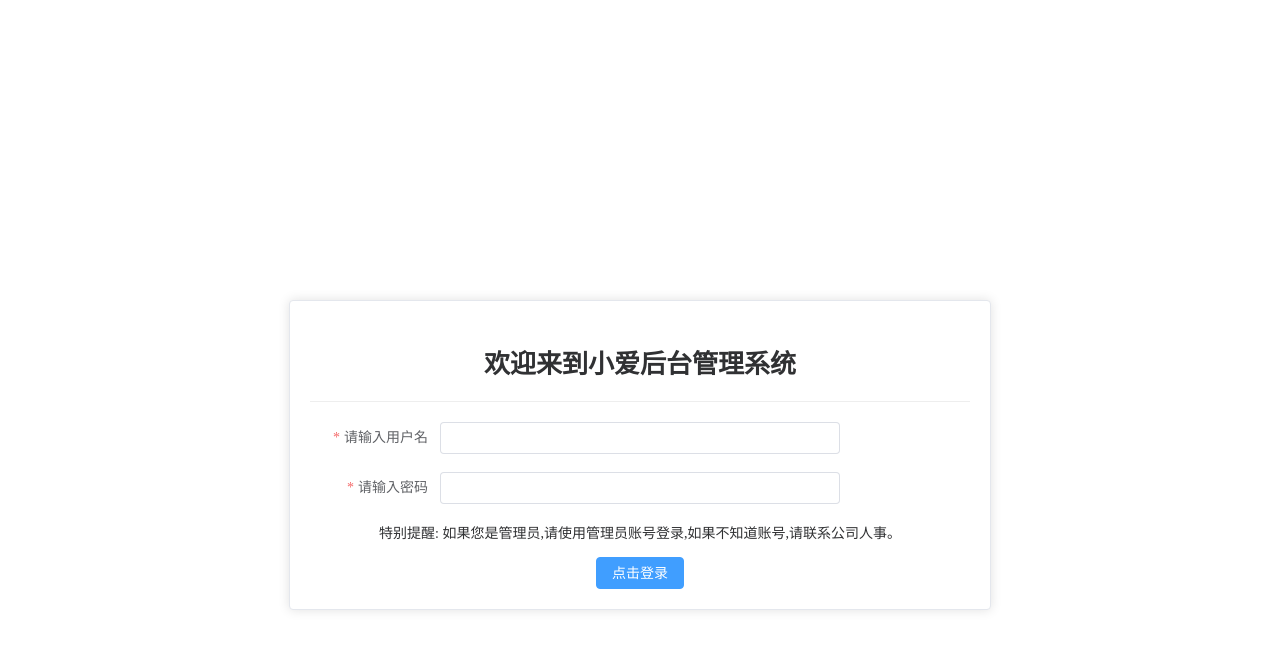
Repository: xinwuhao/CCG
Page: /login
An editor plug-in stored every save of this project. The page is shown before and after the next save, followed by the edit.
The browser window is 1280 px wide. The pictures show the whole page.
The project was rebuilt for these pictures with package versions that can differ from the ones it lists, and the page was loaded fresh each time. Also part of the build but not shown: vite.config.ts, src/components/navHeader/NavHeader.vue, src/components/navLeft/NavLeft.vue, src/views/layout/Layout.vue.

Above is the page before, as saved 2021-09-22 11:56:37.

### src/main.ts
import { createApp } from 'vue'
import App from "./App.vue";
import router from "./router"
import ElementPlus from 'element-plus'
import 'element-plus/dist/index.css'
import * as Icons from '@element-plus/icons'
import { toLine } from './utils/index'

const app = createApp(App)

for (let i in Icons) {
    app.component(`el-icon${toLine(i)}`, (Icons as any)[i])
}

app.use(router)
app.use(ElementPlus)
app.mount('#app')

### src/App.vue
<template>
  <div>
    <router-view></router-view>
  </div>
</template>

<script setup lang="ts">
</script>

<style lang='scss'>
@import "./scssbox.scss";
</style>

### src/router/index.ts
import { createRouter, createWebHistory, RouteRecordRaw } from 'vue-router'
// import Home from '../views/homepage/homepage.vue'
import Layout from '../views/layout/Layout.vue'

const routes: Array<RouteRecordRaw> = [
  {
    path: '/login',
    name: 'Logon',
    component: () => import('../views/login/Login.vue'),
    meta: {
      title: '登录'
    }
  },
  {
    path: '/',
    component: Layout,
    // 子路由: children
    children: [
      {
        path: '/',
        name: '/',
        component: () => import('../views/homepage/homepage.vue'),
        meta: {
          title: '首页',
          meta: '/homepage'
        }
      },
      {
        path: '/discount',
        name: 'discount',
        component: () => import('../views/discount/discount.vue'),
        meta: {
          title: '优惠券管理',
          meta: '/discount'
        }
      },
      {
        path: '/navigation',
        name: 'navigation',
        component: () => import('../views/navigation/navigation.vue'),
        meta: {
          title: '推荐导航',
          meta: '/navigation'
        }
      },
      {
        path: '/user',
        name: 'user',
        component: () => import('../views/user/user.vue'),
        meta: {
          title: '用户管理',
          meta: '/user'
        }
      },
      {
        path: '/addgoods',
        name: 'addgoods',
        component: () => import('../views/goods/addgoods.vue'),
        meta: {
          title: '添加商品',
          meta: '/addgoods'
        }
      },
      {
        path: '/sortgoods',
        name: 'sortgoods',
        component: () => import('../views/goods/sortgoods.vue'),
        meta: {
          title: '商品分类',
          meta: '/sortgoods'
        }
      },
      {
        path: '/modelgoods',
        name: 'modelgoods',
        component: () => import('../views/goods/modelgoods.vue'),
        meta: {
          title: '商品模型',
          meta: '/modelgoods'
        }
      },
      {
        path: '/specsgoods',
        name: 'specsgoods',
        component: () => import('../views/goods/specsgoods.vue'),
        meta: {
          title: '商品规格',
          meta: '/specsgoods'
        }
      },
      {
        path: '/parametergoods',
        name: 'parametergoods',
        component: () => import('../views/goods/parametergoods.vue'),
        meta: {
          title: '商品参数',
          meta: '/parametergoods'
        }
      },
      {
        path: '/specifications',
        name: 'specifications',
        component: () => import('../views/goods/specifications.vue'),
        meta: {
          title: '规格参数',
          meta: '/specifications'
        }
      },
      {
        path: '/seckill',
        name: 'seckill',
        component: () => import('../views/seckill/seckill.vue'),
        meta: {
          title: '秒杀管理',
          meta: '/seckill'
        }
      },
      {
        path: '/order',
        name: 'order',
        component: () => import('../views/order/order.vue'),
        meta: {
          title: '订单管理',
          meta: '/order'
        }
      },
      {
        path: '/notice',
        name: 'notice',
        component: () => import('../views/notice/notice.vue'),
        meta: {
          title: '通知管理',
          meta: '/notice'
        }
      },
      {
        path: '/news',
        name: 'news',
        component: () => import('../views/news/news.vue'),
        meta: {
          title: '客服消息',
          meta: '/news'
        }
      },
    ]
  }
]

const router = createRouter({
  history: createWebHistory(),
  routes
})

router.beforeEach((to, from, next) => {
  document.title = to.meta.title as string
  next()
})

export default router

### src/utils/index.ts
export const toLine = (str: string) => {
  return str.replace(/([A-Z])/g, "-$1").toLowerCase()
}

### src/scssbox.scss
* {
    margin: 0;
    padding: 0;
}

html,
body,
#app,
.el-container,
.el-menu {
    height: 100%;
}

### src/views/login/login.vue
<template>
  <div class="box">
    <el-card class="box-card">
      <div class="text item">
        <div class="fontTile">欢迎来到小爱后台管理系统</div>
        <!-- 表单 -->
        <div class="urename">
          <el-form
            :model="user"
            :rules="rules"
            ref="ruleForm"
            label-width="130px"
            class="demo-ruleForm"
          >
            <el-form-item label="请输入用户名" prop="username">
              <el-input v-model="user.username" class="inpud"></el-input>
            </el-form-item>
            <el-form-item label="请输入密码" prop="password">
              <el-input v-model="user.password" class="inpud"></el-input>
            </el-form-item>
          </el-form>
        </div>
        <!-- 登录按钮 -->
        <div class="fonts">
          特别提醒:
          如果您是管理员,请使用管理员账号登录,如果不知道账号,请联系公司人事。
        </div>
        <div class="buttop">
          <el-button type="primary" @click="getlong">点击登录</el-button>
        </div>
      </div>
    </el-card>
  </div>
</template>

<script setup lang="ts">
import { defineComponent, ref } from "vue";
import api from "../../http/aip";
import { ElMessage } from "element-plus";
import { useRoute, useRouter } from "vue-router";
interface Obj {
  username: string;
  password: string;
}

// 定义变量
let user = ref<Obj>({
  username: "",
  password: "",
});
let router = useRouter();

let rules = ref<any>({
  username: [
    { required: true, message: "请输入用户名", trigger: "blur" },
    { min: 3, max: 5, message: "长度在 3 到 5 个字符", trigger: "blur" },
  ],
  password: [
    { required: true, message: "请输入密码", trigger: "blur" },
    { min: 3, max: 8, message: "长度在 3 到 8 个字符", trigger: "blur" },
  ],
});
// 点击确定
let getlong = () => {
  api
    .login({
      // 用户名
      username: user.value.username,
      // 密码
      password: user.value.password,
    })
    .then((res: any) => {
      if (res.code === 200) {
        localStorage.setItem("token", res.token);
        localStorage.setItem("uname", JSON.stringify(res.data));
        router.push("/");
        ElMessage.success({
          message: res.msg,
          type: "success",
        });
      } else {
        ElMessage.error(res.msg);
      }
    })
    .catch((err: any) => {
      console.log(err);
    });
};
</script>

<style scoped>
.box {
  display: flex;
  justify-content: center;
  align-content: center;
}
.text {
  font-size: 14px;
}

.box-card {
  width: 700px;
  margin-top: 300px;
}
.fontTile {
  height: 80px;
  font-size: 26px;
  font-weight: bold;
  display: flex;
  align-items: center;
  justify-content: center;
  border-bottom: 1px #eeeeee solid;
}
.inpud {
  width: 400px;
}
.buttop {
  margin-top: 15px;
  display: flex;
  align-items: center;
  justify-content: center;
}
.fonts {
  font-size: 14px;
  display: flex;
  align-items: center;
  justify-content: center;
}
.urename {
  display: flex;
  flex-direction: column;
  margin-top: 20px;
}
</style>

### src/http/aip.ts
import http from "./"

export default {
  // 上传图片
  upload() {
    return http.post('/admin/upload')
  },
  // 获取首页数据
  getIndex() {
    return http.get('/admin/index')
  },
  // 用户名登录
  login({ username, password }: { username: string, password: string }) {
    return http.post('/admin/login', {
      // 用户名
      username,
      // 密码
      password,
    })
  },
  // 获取用户
  getUser({ current, pageSize, query }: { current: number, pageSize: number, query: string }) {
    return http.get(`/admin/allUser?current=${current}&pageSize=${pageSize}&query=${query}`)
  },
  // 添加用户
  addUser({ username, avatar, email, mobile, password, status }: { username: string, password: string, avatar: string, email: string, mobile: string, status: boolean }) {
    return http.post('/admin/addUser', {
      // 用户名
      username,
      // 用户头像
      avatar,
      // 用户邮箱
      email,
      // 用户电话
      mobile,
      // 是否禁用
      status,
      // 用户密码
      password
    })
  },
  // 删除用户
  delUser(id: string) {
    return http.post('/admin/delUser', {
      // 用户id
      id
    })
  },
  // 显示轮播图
  showUser({ id, status }: { id: string, status: boolean }) {
    return http.post('/admin/showUser', {
      // 轮播图id
      id,
      // 是否禁用
      status
    })
  },
  // 修改轮播图
  updateUser({ id, username, avatar, email, mobile, status }: { id: string, username: string, avatar: string, email: string, mobile: string, status: boolean }) {
    return http.post('/admin/updateUser', {
      id,
      username,
      avatar,
      email,
      mobile,
      status
    })
  },

  // 获取轮播图
  getBanner({ current, pageSize, query }: { current: number, pageSize: number, query: string }) {
    return http.get(`/admin/getBanner?current=${current}&pageSize=${pageSize}&query=${query}`)
  },
  // 新增轮播图
  addBanner({ url, title, link }: { url: string, title: string, link: string }) {
    return http.post('/admin/addBanner', {
      url,
      title,
      link
    })
  },
  // 删除轮播图
  delBanner(id: string) {
    return http.post('/admin/delBanner', {
      id
    })
  },
  // 显示轮播图
  showBanner({ id, isShow }: { id: string, isShow: boolean }) {
    return http.post('/admin/showBanner', {
      id,
      isShow
    })
  },
  // 修改轮播图
  updateBanner({ id, url, title, link }: { id: string, url: string, title: string, link: string }) {
    return http.post('/admin/updateBanner', {
      id,
      url,
      title,
      link
    })
  },
  // 获取通知
  getNotice({ current, pageSize, query }: { current: number, pageSize: number, query: string }) {
    return http.get(`/admin/getNotice?current=${current}&pageSize=${pageSize}&query=${query}`)
  },
  // 新增通知
  addNotice({ content }: { content: string}) {
    return http.post('/admin/addNotice', {
      content
    })
  },
  // 删除通知
  delNotice(id: string) {
    return http.post('/admin/delNotice', {
      id
    })
  },
  // 显示通知
  showNotice({ id, isShow }: { id: string, isShow: boolean }) {
    return http.post('/admin/showNotice', {
      id,
      isShow
    })
  },
  // 修改通知
  updateNotice({ id, content }: { id: string, content: string, }) {
    return http.post('/admin/updateNotice', {
      id,
      content
    })
  },
  // 获取订单
  getOrder() {
    return http.get(`/admin/getOrder`)
  },

  // 获取导航
  getNav({ current, pageSize, query }: { current: number, pageSize: number, query: string }) {
    return http.get(`/admin/getNav?current=${current}&pageSize=${pageSize}&query=${query}`)
  },
  // 新增导航
  addNav({ title, url }: { title: string, url: string }) {
    return http.post('/admin/addNav', {
      title,
      url
    })
  },
  // 删除导航
  delNav(id: string) {
    return http.post('/admin/delNav', {
      id
    })
  },
  // 显示导航
  showNav({ id, isShow }: { id: string, isShow: boolean }) {
    return http.post('/admin/showNav', {
      id,
      isShow
    })
  },
  // 修改导航
  updateNav({ id, url, title }: { id: string, url: string, title: string }) {
    return http.post('/admin/updateNav', {
      id,
      url,
      title
    })
  },


  // 获取导航
  getRecommendNav({ current, pageSize, query }: { current: number, pageSize: number, query: string }) {
    return http.get(`/admin/getIndexNav?current=${current}&pageSize=${pageSize}&query=${query}`)
  },
  // 新增导航
  addRecommendNav({ name, desc, goods }: { name: string, desc: string, goods: any }) {
    return http.post('/admin/addIndexNav', {
      name,
      desc,
      goods
    })
  },
  // 删除导航
  delRecommendNav(id: string) {
    return http.post('/admin/delIndexNav', {
      id
    })
  },
  // 显示导航
  showRecommendNav({ id, isShow }: { id: string, isShow: boolean }) {
    return http.post('/admin/showIndexNav', {
      id,
      isShow
    })
  },
  // 修改导航
  updateRecommendNav({ id, name, desc, goods }: { id: string, name: string, desc: string, goods: any }) {
    return http.post('/admin/updateIndexNav', {
      id,
      name,
      desc,
      goods
    })
  },

  // 添加商品模型
  addModel({ name }: { name: string }) {
    return http.post('/admin/addModel', {
      name
    })
  },
  getModel({ current, pageSize, query }: { current: number, pageSize: number, query: string }) {
    return http.get(`/admin/getModel?current=${current}&pageSize=${pageSize}&query=${query}`)
  },
  delModel(id: string) {
    return http.post('/admin/delModel', {
      id
    })
  },
  // 修改商品参数
  updateModel({ id, name }: { id: string, name: string }) {
    return http.post('/admin/updateModel', {
      id,
      name
    })
  },
  // 获取商品规格
  getSpec({ parentId }: { parentId: string }) {
    return http.post(`/admin/getSpec`, {
      parentId
    })
  },
  addSpec({ name, model, spec_item, mode, parentId }: { name: string, model: string, spec_item: string[], mode: string, parentId: string }) {
    return http.post('/admin/addSpec', {
      name,
      model,
      spec_item,
      mode,
      parentId
    })
  },
  delSpec({ parentId, attrId }: { parentId: string, attrId: string }) {
    return http.post(`/admin/delSpec`, {
      parentId,
      attrId
    })
  },
  getCategory(query: string) {
    return http.get(`/admin/getCategory?current=1&pageSize=10000&query=${query}`)
  },
  // 添加一级分类
  addCategory({ name, short_name, isShow }: { name: string, short_name?: string, isShow?: boolean }) {
    return http.post('/admin/addCategory', {
      name,
      short_name,
      isShow,
    })
  },
  // 添加二级分类
  addSecondCategory({ name, parentId, isShow }: { name: string, parentId: string, isShow: string }) {
    return http.post('/admin/addSecondCategory', {
      name,
      parentId,
      isShow
    })
  },
  // 获取商品
  getGoods({ current, pageSize, query }: { current: number, pageSize: number, query: string }) {
    return http.get(`/admin/getGoods?current=${current}&pageSize=${pageSize}&query=${query}`)
  },
  delGoods(id: string) {
    return http.post('/admin/delGoods', {
      id
    })
  },
  // 添加商品
  addGoods({ name, category, pic, video, cover, originalPrice, presentPrice, discount, detail, spec, introduction, company, stock, isNewGood, isHot, isRecommend, comment, isShow, sellDesc, productionDesc }:
    { name: string, category: string, pic?: string[], video?: string[], cover: string, originalPrice: string, presentPrice: string, discount: string[], detail: string, spec: string[], introduction: string, company: string, stock: string, isNewGood: boolean, isHot: boolean, isRecommend: boolean, comment: string[], isShow: boolean, sellDesc: string[], productionDesc: string[] }) {
    return http.post('/admin/addGoods', {
      // 商品名称
      name,
      // 商品分类
      category,
      // 商品图片
      pic,
      // 商品视频
      video,
      // 是否新品
      isHot,
      // 是否推荐
      isRecommend,
      // 封面图
      cover,
      // 原价
      originalPrice,
      // 现价
      presentPrice,
      // 优惠
      discount,
      // 商品详情
      detail,
      // 商品规格
      spec,
      // 商品简介
      introduction,
      // 商品单位
      company,
      // 商品库存
      stock,
      // 是否新品
      isNewGood,
      // 商品评价
      comment,
      // 是否显示
      isShow,
      // 推荐介绍
      sellDesc,
      // 产品介绍
      productionDesc
    })
  },
  // 获取
  getParams({ parentId }: { parentId: string }) {
    return http.post(`/admin/getParams`, {
      parentId
    })
  },
  // 新增商品参数
  addParams({ parentId, url, name, desc }: { parentId: string, url: string, name: string, desc: string }) {
    return http.post('/admin/addParams', {
      parentId,
      url,
      name,
      desc
    })
  },
  // 删除商品参数
  delParams({ parentId, attrId }: { parentId: string, attrId: string }) {
    return http.post('/admin/delParams', {
      parentId,
      attrId,
    })
  },
  // 修改商品参数
  updateParams({ id, url, name, desc }: { id: string, url: string, name: string, desc: string }) {
    return http.post('/admin/updateParams', {
      id,
      url,
      name,
      desc
    })
  },
  // 获取
  getSpecParams({ parentId }: { parentId: string }) {
    return http.post(`/admin/getSpecParams`, {
      parentId
    })
  },
  // 新增商品参数
  addSpecParams({ parentId, specParams }: { parentId: string, specParams: string, }) {
    return http.post('/admin/addSpecParams', {
      parentId,
      specParams
    })
  },
  // 删除商品参数
  delSpecParams({ parentId, attrId }: { parentId: string, attrId: string }) {
    return http.post('/admin/delSpecParams', {
      parentId,
      attrId,
    })
  },
  // 修改商品参数
  updateSpecParams({ id, specParams }: { id: string, specParams: string }) {
    return http.post('/admin/updateSpecParams', {
      id,
      specParams
    })
  },

  // 获取秒杀
  getSeckill({ current, pageSize, query }: { current: number, pageSize: number, query: string }) {
    return http.get(`/admin/getSeckill?current=${current}&pageSize=${pageSize}&query=${query}`)
  },
  // 添加秒杀
  addSeckill({ start_time, end_time, goods_number, price, goods, isShow }: { price: string, start_time: string, end_time: string, goods_number: string, goods: any, isShow: boolean }) {
    return http.post('/admin/addSeckill', {
      start_time,
      end_time,
      goods_number,
      goods,
      isShow,
      price
    })
  },
  // 删除秒杀
  delSeckill({id, goodsId}: {id: string,  goodsId: string}) {
    return http.post('/admin/delSeckill', {
      id,
      goodsId,
    })
  },
  // 显示秒杀
  showSeckill({ id, isShow }: { id: string, isShow: boolean }) {
    return http.post('/admin/showSeckill', {
      id,
      isShow
    })
  },
  // 修改秒杀
  updateSeckill({ start_time, end_time, goods_number, goods, isShow }: { start_time: string, end_time: string, goods_number: string, goods: string, isShow: boolean }) {
    return http.post('/admin/updateSeckill', {
      // 开始时间
      start_time,
      // 结束时间
      end_time,
      // 秒杀数量
      goods_number,
      // 秒杀商品
      goods,
      // 是否显示
      isShow
    })
  },
  // 获取优惠券
  getCoupon({ current, pageSize, query }: { current: number, pageSize: number, query: string }) {
    return http.get(`/admin/getCoupon?current=${current}&pageSize=${pageSize}&query=${query}`)
  },
  addCoupon({ name, amount, threshold, start_time, end_time, number, isShow }: { name: string, amount: string, threshold: string, start_time: string, end_time: string, number: string, isShow: boolean }) {
    return http.post('/admin/addCoupon', {
      // 优惠券名称
      name,
      // 优惠券数量
      amount,
      // 优惠内容
      threshold,
      // 开始时间
      start_time,
      // 结束时间
      end_time,
      // 优惠券数量
      number,
      // 是否显示
      isShow
    })
  },
  delCoupon(id: string) {
    return http.post('/admin/delCoupon', {
      id
    })
  },
  showCoupon({ id, isShow }: { id: string, isShow: boolean }) {
    return http.post('/admin/showCoupon', {
      id,
      isShow
    })
  },
  updateCoupon({ start_time, end_time, goods_number, goods, isShow }: { start_time: string, end_time: string, goods_number: string, goods: string, isShow: boolean }) {
    return http.post('/admin/updateCoupon', {
      start_time,
      end_time,
      goods_number,
      goods,
      isShow
    })
  },
}

### src/http/index.ts
import axios, { AxiosError, AxiosRequestConfig, AxiosResponse } from 'axios'


const http = axios.create({
   baseURL: 'http://localhost:1001',
   timeout: 10000
})


http.interceptors.request.use((config: AxiosRequestConfig) => {
   let token = localStorage.getItem('token')
   if (token) {
      config.headers['Authorization'] = token
   }
   return config
}, (err: AxiosError) => {
   return Promise.reject(err)
})


http.interceptors.response.use((res: any) => {
   return res.data
}, (err: AxiosError) => {
   let status: number = err.response! && err.response!.status
   if (status === 401) {

   }
   if (status === 400) {

   }
   if (status === 403) {

   }
   if (status === 404) {

   }
   if (status === 500) {

   }
   if (status === 503) {

   }
   return Promise.reject(err)
})


export default http

Loaded but not shown: index.html (common file)

After the next save:
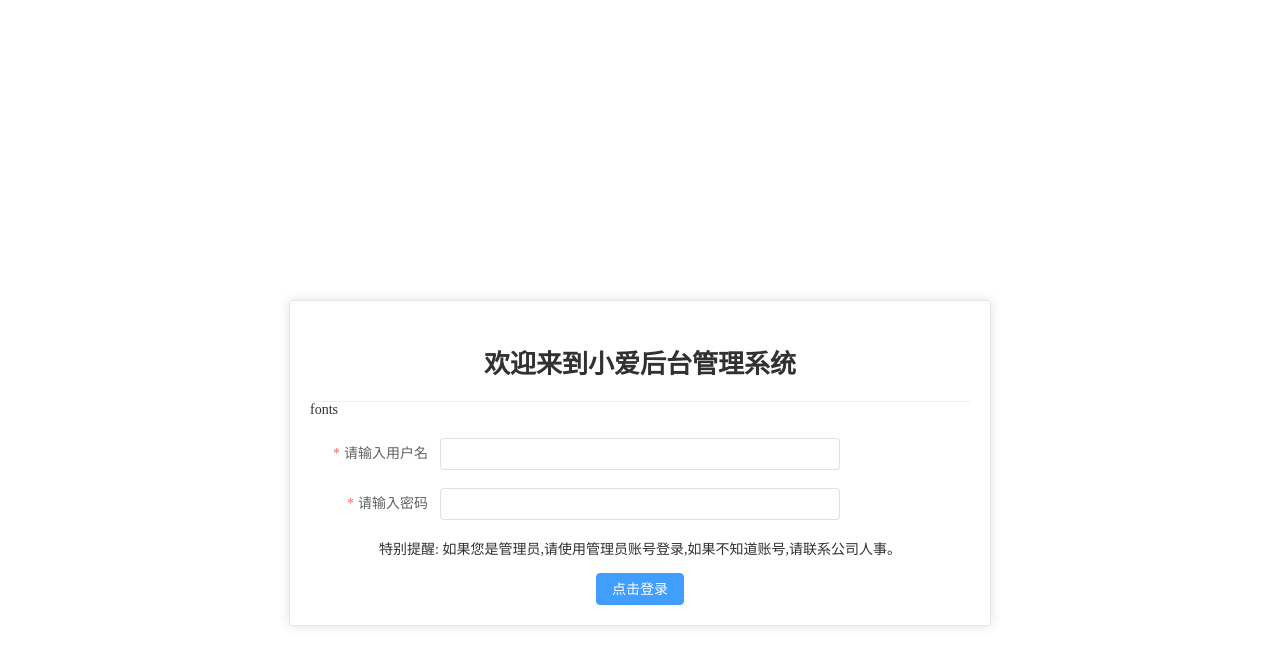
Saved 51 s later.
--- a/src/views/login/login.vue
+++ b/src/views/login/login.vue
@@ -3,6 +3,7 @@
     <el-card class="box-card">
       <div class="text item">
         <div class="fontTile">欢迎来到小爱后台管理系统</div>
+        <div>fonts</div>
         <!-- 表单 -->
         <div class="urename">
           <el-form
